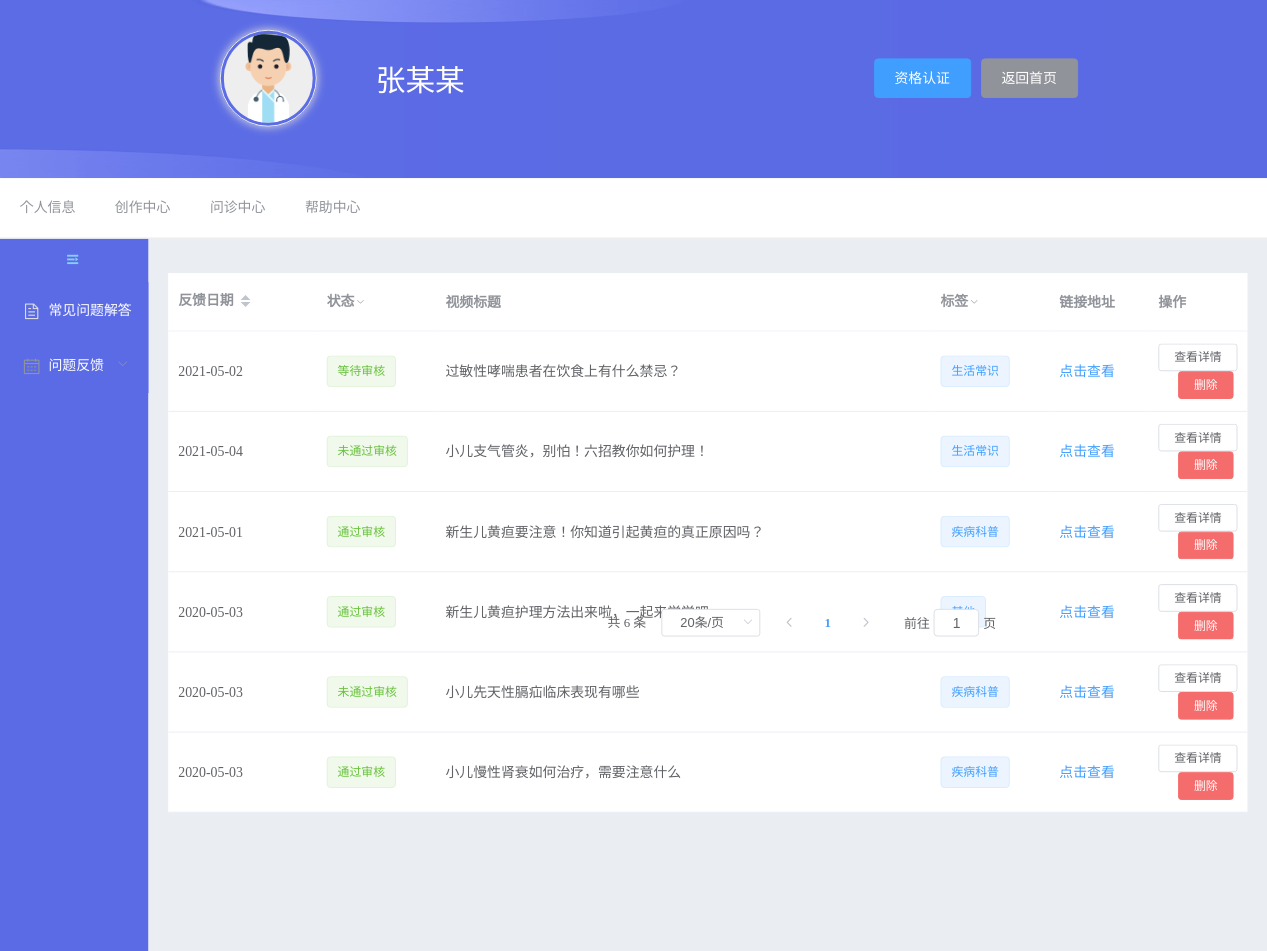
Repository: DiscreteL/SOA_Front
Page: /#/feedbackList
The author's editor kept a copy of each file at every save. The page is drawn from the files as they stood at one save, then again after the next save.
The browser window is 1280 px wide. The pictures show the whole page, at 99% of full size.
The project was rebuilt for these pictures with package versions that can differ from the ones it lists, and the page was loaded fresh each time. Also part of the build but not shown: vue.config.js, src/components/navigation.vue, src/components/dialog.vue, src/views/news.vue, src/components/announcement.vue, src/components/patientKnow.vue, src/views/Home.vue, src/views/login.vue and 15 more.

Above is the page before, as saved 2021-11-29 19:11:43.

### src/main.js
import Vue from 'vue'
import App from './App.vue'
import router from './router'
import store from './store'
import ElementUI from 'element-ui';
import 'element-ui/lib/theme-chalk/index.css';
import instance_ from "@/utils/api";

Vue.use(ElementUI);

Vue.config.productionTip = false

Vue.prototype.instance = instance_

new Vue({
  router,
  store,
  render: h => h(App)
}).$mount('#app')

router.beforeEach((to, from, next) => {
  /* 路由发生变化修改页面title */
  if (to.meta.title) {
      document.title = to.meta.title
  }
  next()
})

### src/App.vue
<template>
  <div id="app">
    <router-view/>
  </div>
</template>

<style lang="less" scoped>
</style>

<script>
export default {
  name: 'app'
}
</script>

### src/utils/api.js
//输出通用axios实例
import axios from 'axios';
axios.defaults.withCredentials = false

const instance = axios.create({
  timeout: 10000,
   headers: {
    'Content-Type': "multipart/form-data;charset=utf-8",
  }
});

export default {
  //GqvbYer04485869e6b5acbed4ed10dfd79468f6d84577b1

   diseaseList (data) {
     return instance.get("https://api.apishop.net/common/disease/queryDiseaseList?apiKey=GqvbYer04485869e6b5acbed4ed10dfd79468f6d84577b1&page=1&pageSize=50", data);
   },
   diseaseInfo(data){
    return instance.get("https://api.apishop.net/common/disease/queryDiseaseInfo?apiKey=GqvbYer04485869e6b5acbed4ed10dfd79468f6d84577b1&diseaseID="+data);
   }


//   allUser () {
//     return instance.post('/api/user');
//   },
//   allProduct () {
//    return instance.post('/api/product')
//   },
//   upload (data) {
//     return instance.post('/api/upload',data)
//   },
//   regist (data){
//   	return instance.post('/api/createOrUpdateUser',data)
//   }
};

### src/views/doctor/helpCenter.vue
<template>
  <div class="home_container">
    <UserHomeNav2></UserHomeNav2>
    <!--页面主体区-->
    <el-container>
      <!--侧边栏-->
      <el-aside :width="isCollapse ? '64px' : '150px'">
        <div class="toggle-button" @click="toggleCollapse">
          <div v-if="this.isCollapse == true">
            <i class="el-icon-s-fold"></i>
          </div>
          <div v-else>
            <i class="el-icon-s-unfold"></i>
          </div>
        </div>
        <el-menu
          background-color="#5b6be5"
          text-color="#fff"
          active-text-color="#409EFF"
          :collapse="isCollapse"
          :collapse-transition="false"
          :router="true"
          :default-active="activePath"
        >
          <el-menu-item index="/problems" @click="saveNavState('/problems')">
            <i class="el-icon-document" style="color: #dcdcdc"></i>
            <span slot="title">常见问题解答</span>
          </el-menu-item>
          <el-submenu index="1">
            <template slot="title">
              <i class="el-icon-date"></i>
              <span>问题反馈</span>
            </template>
            <el-menu-item
              index="/feedback"
              @click="saveNavState('/feedback')"
            >
              <i tyle="color: #dcdcdc"></i>
              <span slot="title">我要反馈</span>
            </el-menu-item>
            <el-menu-item index="/feedbackList" @click="saveNavState('/feedbackList')">
              <i style="color: #dcdcdc"></i>
              <span slot="title">反馈记录</span>
            </el-menu-item>
          </el-submenu>
        </el-menu>
      </el-aside>
      <!--右侧主体区-->
      <el-main>
        <router-view></router-view>
      </el-main>
    </el-container>
  </div>
</template>

<script>
import UserHomeNav2 from "@/components/userhomenav2.vue";

export default {
  name: "ConsultCenter",
  components: {
    UserHomeNav2,
  },
  data() {
    return {
      // 默认不折叠
      isCollapse: false,
      // 被激活导航地址
      activePath: "",
    };
  },
  created() {
    this.getMenuList();
    this.activePath = window.sessionStorage.getItem("activePath");
  },
  methods: {
    toggleCollapse() {
      this.isCollapse = !this.isCollapse;
    },
    saveNavState(activePath) {
      window.sessionStorage.setItem("activePath", activePath);
      this.activePath = activePath;
    },
  },
};
</script>

<style lang="less" scoped>
html,
body {
  width: 100%;
  height: 100%;
  margin: 0px;
  padding: 0px;
}
.home_container {
  height: 100vh;
}
.el-container {
  height: 100%;
}
.el-aside {
  background-color: #5b6be5;
  .el-menu {
    border-right: none;
  }
}
.el-main {
  background-color: #eaedf1;
}
.toggle-button {
  background-color: #5b6be5;
  font-size: 15px;
  line-height: 24px;
  color: #87cefa;
  text-align: center;
  letter-spacing: 0.2em;
  cursor: pointer;
  padding: 10px;
}
.logo_box {
  height: 60px;
  width: 60px;
  border: 5px #53868b;
  border-radius: 50%; /* 圆角 */
  position: relative;
  margin: 30px;
}
.port_box img {
  width: 100%;
  height: 100%;
  border-radius: 50%; /* 圆角 */
  background-color: #53868b;
}
</style>

### src/views/doctor/help/feedbackList.vue
<template>
  <div class="feedbackForm">
    <div class="form" style="margin-top: 15px">
      <el-table
        ref="filterTable"
        :data="
          tableData.slice((currentPage - 1) * pageSize, currentPage * pageSize)
        "
        style="width: 100%"
      >
        <el-table-column
          prop="date"
          label="反馈日期"
          sortable
          width="150"
          column-key="date"
        >
        </el-table-column>
        <el-table-column
          prop="status"
          label="状态"
          width="120"
          :filters="[
            { text: '等待回复', value: '等待回复' },
            { text: '已回复', value: '已回复' }
          ]"
          :filter-method="filterStatus"
          filter-placement="bottom-end"
        >
          <template slot-scope="scope">
            <el-tag
              :type="scope.row.status === '等待回复' ? 'primary' : 'success'"
              disable-transitions
            >
              {{ scope.row.status }}
            </el-tag>
          </template>
        </el-table-column>
        <el-table-column
          prop="title"
          label="视频标题"
          width="500"
          :show-overflow-tooltip="true"
        >
        </el-table-column>
        <el-table-column
          prop="label"
          label="标签"
          width="120"
          :filters="[
            { text: '疾病科普', value: '疾病科普' },
            { text: '生活常识', value: '生活常识' },
            { text: '养生妙招', value: '养生妙招' },
            { text: '其他', value: '其他' },
          ]"
          :filter-method="filterLabel"
          filter-placement="bottom-end"
        >
          <template slot-scope="scope">
            <el-tag :type="primary" disable-transitions>
              {{ scope.row.label }}
            </el-tag>
          </template>
        </el-table-column>
        <el-table-column
          label="链接地址"
          :show-overflow-tooltip="true"
          prop="content"
        >
          <el-link type="primary">点击查看</el-link>
        </el-table-column>
        <el-table-column label="操作">
            <el-button size="mini" @click="dialogTableVisible = true"
            >查看详情</el-button
          >
          <el-dialog :visible.sync="dialogTableVisible">
            <el-descriptions
              title="发布内容详情"
              direction="vertical"
              :column="4"
              border
            >
              <el-descriptions-item label="上传时间"
                >2021-05-02</el-descriptions-item
              >
              <el-descriptions-item label="标签">
                <el-tag size="small">生活常识</el-tag>
              </el-descriptions-item>
              <el-descriptions-item label="审核状态">
                <el-tag size="small" type="success">等待审核</el-tag>
              </el-descriptions-item>
              <el-descriptions-item label="审核反馈">NULL</el-descriptions-item>
              <el-descriptions-item label="标题" :span="4"
                >过敏性哮喘患者在饮食上有什么禁忌</el-descriptions-item
              >
              <el-descriptions-item label="链接地址">
                  <el-link href="https://element.eleme.io" type="primary">点击查看</el-link>
             </el-descriptions-item>
            </el-descriptions>
          </el-dialog>
          <el-button
            size="mini"
            type="danger"
            style="margin-left: 20px"
            @click="del"
            >删除</el-button
          >
        </el-table-column>
      </el-table>
    </div>
    <div class="block">
      <el-pagination
        align="center"
        @size-change="handleSizeChange"
        @current-change="handleCurrentChange"
        :current-page="currentPage"
        :page-sizes="[1, 5, 10, 20]"
        :page-size="pageSize"
        layout="total, sizes, prev, pager, next, jumper"
        :total="tableData.length"
      >
      </el-pagination>
    </div>
  </div>
</template>

<script>
export default {
  data() {
    return {
      tableData: [
        {
          date: "2021-05-02",
          status: "等待审核",
          title: "过敏性哮喘患者在饮食上有什么禁忌？",
          label: "生活常识",
          content: "",
        },
        {
          date: "2021-05-04",
          status: "未通过审核",
          title: "小儿支气管炎，别怕！六招教你如何护理！",
          label: "生活常识",
          content: ""
        },
        {
          date: "2021-05-01",
          status: "通过审核",
          title: "新生儿黄疸要注意！你知道引起黄疸的真正原因吗？",
          label: "疾病科普",
          content: ""
        },
        {
          date: "2020-05-03",
          status: "通过审核",
          title: "新生儿黄疸护理方法出来啦，一起来学学吧",
          label: "其他",
          content: ""
        },
        {
          date: "2020-05-03",
          status: "未通过审核",
          title: "小儿先天性膈疝临床表现有哪些",
          label: "疾病科普",
          content: ""
        },
        {
          date: "2020-05-03",
          status: "通过审核",
          title: "小儿慢性肾衰如何治疗，需要注意什么",
          label: "疾病科普",
          content: ""
        },
      ],
      dialogTableVisible: false,
      dialogFormVisible: false,
      currentPage: 1, // 当前页码
      total: 20, // 总条数
      pageSize: 20, // 每页的数据条数
      form: {
        reason: "",
        region: 0,
        delivery: false,
      },
      formLabelWidth: "120px",
      formArticle: {
        title: "",
        content: "",
      },
    };
  },
  methods: {
    filterHandler(value, row, column) {
      const property = column["property"];
      return row[property] === value;
    },
    filterStatus(value, row) {
      return row.status === value;
    },
    filterLabel(value, row) {
      return row.label === value;
    },
    //每页条数改变时触发 选择一页显示多少行
    handleSizeChange(val) {
      console.log(`每页 ${val} 条`);
      this.currentPage = 1;
      this.pageSize = val;
    },
    //当前页改变时触发 跳转其他页
    handleCurrentChange(val) {
      console.log(`当前页: ${val}`);
      this.currentPage = val;
    },
    del() {
      this.$confirm("此操作将永久删除该文章, 是否继续?", "提示", {
        confirmButtonText: "确定",
        cancelButtonText: "取消",
        type: "warning",
      })
        .then(() => {
          this.$message({
            type: "success",
            message: "删除成功!",
          });
        })
        .catch(() => {
          this.$message({
            type: "info",
            message: "已取消删除",
          });
        });
    },
    onSubmit() {
      console.log("submit!");
    },
    clear() {
      this.$refs.form.resetFields();
    },
  },
};
</script>

<style scoped>
.feedbackForm {
  width: 100%;
  display: flex;
  flex-direction: column;
}
.form {
  float: left;
  width: 100%;
}
.el-table .warning-row {
  background: oldlace;
}

.el-table .success-row {
  background: #f0f9eb;
}
.block {
  float: left;
  width: 100%;
  position: fixed;
  bottom: 75px;
}
</style>

### src/components/userhomenav2.vue
<template>
  <div class="container">
    <div class="head">
      <div class="background">
        <img src="@/assets/back.jpg" alt="" width="100%" height="100%" />
      </div>
      <div class="headmain">
        <div class="left">
          <!-- 头像部分 -->
          <div class="port_box">
            <img src="../assets/docPort.png" />
          </div>

          <!-- 个人信息部分 -->
          <div
            class="Info"
            style="color: white; font-size: 30px; font-family: 宋体"
          >
            {{ userName }}<br />
          </div>
        </div>
        <div>
            <el-button type="primary" @click="certify">资格认证</el-button>
          <el-button type="info" @click="returnhome">返回首页</el-button>
        </div>
      </div>
    </div>
    <div class="navBar">
      <el-menu
        :default-active="this.$route.path"
        class="el-menu-demo"
        router
        mode="horizontal"
        active-text-color="#409EFF"
      >
        <el-menu-item v-for="(item, i) in navList" :key="i" :index="item.name">
          {{ item.navItem }}
        </el-menu-item>
      </el-menu>
    </div>
    <div></div>
  </div>
</template>

<script>
export default {
  name: "UserHomeNav2",
  data() {
    return {
      //   userID: window.sessionStorage.getItem("id"),
      userName: "张某某",
      navList: [
        { name: "/userHome2", navItem: "个人信息" },
        { name: "/messageCenter", navItem: "创作中心" },
        { name: "/consultCenter", navItem: "问诊中心" },
        { name: "/helpCenter", navItem: "帮助中心" },
      ],
    };
  },
  methods: {
    returnhome(){
      this.$router.push("/home");
    },
    certify(){

    }
  },
};
</script>

<style scoped>
.head {
  height: 180px;
  width: 100%;
}
.background {
  width: 100%;
  height: 180px;
  z-index: -1;
  position: absolute;
}
.headmain {
  display: flex;
  justify-content: space-around;
  align-items: center;

}
.left {
  display: flex;
  align-items: center;
}
.port_box {
  height: 90px;
  width: 90px;
  border: 1px solid #eee;
  border-radius: 50%; /* 圆角 */
  padding: 3px; /*图片和边框之间的间距 */
  box-shadow: 0 0 10px #ddd; /*阴影 */
  position: relative;
  margin: 30px;
}
.port_box img {
  width: 100%;
  height: 100%;
  border-radius: 50%; /* 圆角 */
  background-color: #eee;
}

.Info {
  text-align: left;
  font: 15px "Microsoft YaHei";
  margin: 30px;
  position: relative;
}
</style>

### src/axios/url.js
import patient from './modules/patient';
import alluser from './modules/alluser';
import doctor from './modules/doctor';
import admin from './modules/admin';
export default {
    patient,
    alluser,
    doctor,
    admin,
};

### src/axios/request.js
import axios from './axios';
export default {
  // get请求
  get(url, param) {
    return new Promise((resolve, reject) => {
      axios({
        method: 'get',
        url,
        params: param
      })
        .then((res = {}) => {
          if (res.code !== '200') reject(res);
          resolve(res);
        })
        .catch(_ => {
          reject(_)});
    });
  },
  // post请求
  post(url, param) {
    return new Promise((resolve, reject) => {
      axios({
        method: 'post',
        url,
        data: param,
      })
        .then((res = {}) => {
          if (res.code !== '200') reject(res);
          resolve(res);
        })
        .catch(_ => reject(_));
    });
  },
};

### src/axios/modules/patient.js
export default {
    getDocListData:'/Patient/GetDoctorList',
    getDrugData:'/Patient/GetDrugInforList',
    getHosData:'/Patient/GetHospitalList',
    getNoticeData:'/Patient/GetNoticeList',
    getDiseaseData:'/Patient/GetDiseaseList',
    patientLogin:'/Patient/Login',
    doctorLogin:'/Doctor/Login',
    patientRegister:'/Patient/Register',
    doctorRegister:'/Doctor/Register',
    postReservationData:'/Patient/PostReservation',
    sendAcidForm:'/Patient/PostAppOfNuc',
    sendOffineReservation:'/Patient/PostOfflineApp',
    getCart:'/Patient/GetCart',
    clearCart:'/Patient/EmptyCart',
    addCart:'/Patient/AddDrug',
    getDocInfoData:'/Patient/GetDoctor',
    getDrugsIncludedListData:'/Patient/GetIncludeList',
    postRateData:'/Patient/PostRating',
    getPreData:'/Patient/GetPre',
    getDiseaseListData:'/Patient/GetDiseaseList',//存在重复
    getDepartmentListData:'/Patient/GetDepartmentList',//存在重复
    getPatientInfo:'/Patient/GetPatiInfor',
    postAutoAddData:'/Patient/AutoAddDrug',
    getDrugListData:'/Patient/GetDrugInforList',//存在重复
    getLocalImg:'/Patient/GetImg',
    getNAT:'/Patient/GetAppsOfNuc',
    postNoticeData:'/Admin/PostNotice',
    deleteNotice:'/Admin/DeleteNotice',
    getPaiIno:'/Patient/GetPatient',
    getOfflineApp:'/Patient/GetOfflineAppList',
    getReservations:'/Patient/GetReservations',
    getPatiBMI:'/Patient/GetPatiInfor',
    getHospital:'/Patient/GetHospital',
    getPreData:'/Patient/GetPre',
    postPaiIno:'/Patient/ModInfor',
    postUpdateReservation:'Patient/UpdateReservation',
    postRectifyOfflineApp:'/Patient/RectifyOfflineApp',
    postRectifyNucleicApp:'/Patient/RectifyNucleicApp',
    updateReservationData:'/Patient/UpdateReservation',
    getDoctorData:'/Doctor/GetDoctor',
    getRecordsData:'/Doctor/GetReservationLists',
    getCompletedRecordsData:'/Doctor/GetRecords'
  };

### src/axios/modules/alluser.js
export default{
    sendChatMes:'/Base/PostChat',
    getChatMes:'/Base/GetChat'
};

### src/axios/modules/doctor.js
export default {
    getPatientInfoData:'/Doctor/GetPatient',
    postPreData:'/Doctor/PostPre',
    postMedicineIncludedData:'/Doctor/PostInclude',
    postReportData:'/Doctor/PostReport',
    getDocIno:'/Doctor/GetDoctor',
};

### src/axios/modules/admin.js
export default {
    getReportListData:'/Admin/GetReportForms',
    getNoticeListData:'/Admin/GetNoticeList',
    postNoticeData:'/Admin/PostNotice'
}

### src/axios/axios.js
import axios from 'axios';
import router from '../router';
import Vue from 'vue';
import qs from 'qs';
//import store from '../store/index';

//import Storage from '../utils/storages';


// 错误状态码处理提示
class MessageTip extends Vue {
  static messageTipInstance = null;
  messageTip = null;

  static instance() {
    if (!this.messageTipInstance) {
      this.messageTipInstance = new MessageTip();
    }
    this.messageTipInstance;
  }

  // 提示信息
  msgInfo(msg) {
    this.messageTip && this.messageTip.close();
    this.messageTip = this.$message({
      showClose: true,
      message: msg,
      type: 'error',
      center: true
    });
  }

  // 错误信息
  errorInfo(errorCode) {
    this.messageTip && this.messageTip.close();
    let msg = '';
    switch (errorCode) {
      case '400':
        msg = '请求错误';
        break;
      case '401':
        msg = '登录会话过期，请重新登录';
        break;
      case '403':
        msg = '拒绝访问';
        break;
      case '404':
        msg = '请求地址出错';
        break;
      case '408':
        msg = '请求超时';
        break;
      case '500':
        msg = '服务器内部错误';
        break;
      case '501':
        msg = '服务器未实现';
        break;
      case '502':
        msg = '网络错误';
        break;
      case '503':
        msg = '服务不可用';
        break;
      case '504':
        msg = '网关超时';
        break;
      case '505':
        msg = 'HTTP版本不受支持';
        break;
    }
    this.messageTip = this.$message({
      showClose: true,
      message: msg,
      type: 'error',
      center: true
    });
  }
}

const messageTip = new MessageTip();

axios.defaults.headers.post['Content-Type'] = 'application/json';

axios.defaults.withCredentials = true;
axios.defaults.baseURL = '/api';
axios.defaults.timeout = 5000;
// 请求拦截器
axios.interceptors.request.use(
  config => {
    if(config.method === 'post') {
      config.data = qs.stringify(config.data)
      config.url += '?' + config.data
    }
    else {
      config.params = qs.stringify(config.params)
      config.url += '?' + config.params
    }
    //config.headers.token = localStorage.getItem('$token_info');
    return config;
  },
  error => {
    return Promise.reject(error);
  }
);

// 响应拦截器
axios.interceptors.response.use(
  response => {
    response.data = {
      result:response.data,
      code:`${response.status}`
    }
    if (response && response.data && response.data.code !== '200') {
      response.data.msg && messageTip.msgInfo(response.data.msg);
      console.log(response)
      return Promise.reject(response.data);
    }
    return response.data;
  },
  error => {
    console.log(error)
    console.log(error.response)
    if (
      error &&
      error.response &&
      error.response.status &&
      messageTip.errorInfo(error.response.status)
    ) {
      return Promise.reject(error);
    }
  }
);
export default axios;

Loaded but not shown: public/index.html (common file); src/store/index.js (common file); src/router/index.js (280 lines, source omitted); src/service/userService.js (198 lines, source omitted)

After the next save:
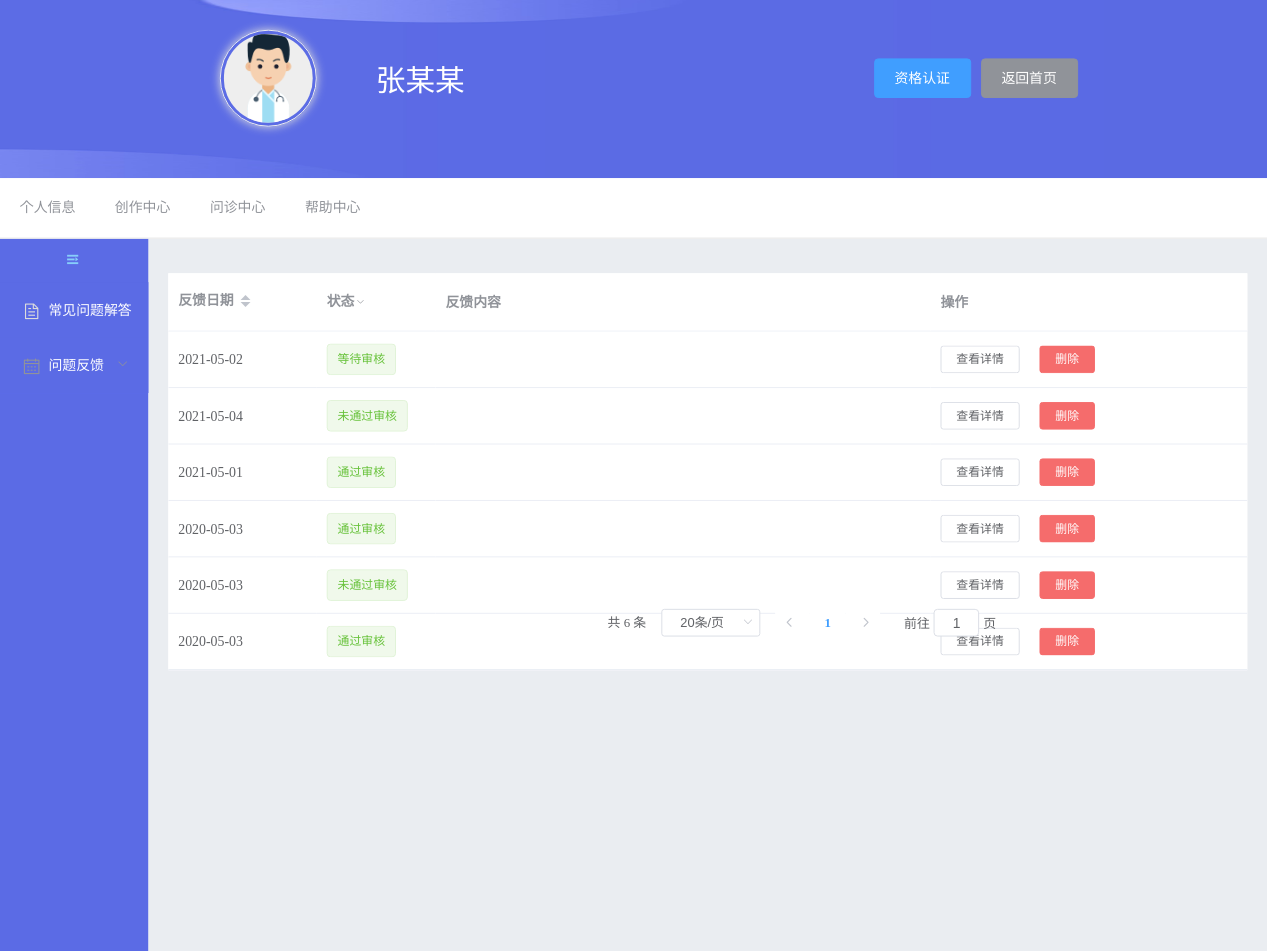
Saved 112 s later.
--- a/src/views/doctor/help/feedbackList.vue
+++ b/src/views/doctor/help/feedbackList.vue
@@ -37,37 +37,11 @@
           </template>
         </el-table-column>
         <el-table-column
-          prop="title"
-          label="视频标题"
+          prop="content"
+          label="反馈内容"
           width="500"
           :show-overflow-tooltip="true"
         >
-        </el-table-column>
-        <el-table-column
-          prop="label"
-          label="标签"
-          width="120"
-          :filters="[
-            { text: '疾病科普', value: '疾病科普' },
-            { text: '生活常识', value: '生活常识' },
-            { text: '养生妙招', value: '养生妙招' },
-            { text: '其他', value: '其他' },
-          ]"
-          :filter-method="filterLabel"
-          filter-placement="bottom-end"
-        >
-          <template slot-scope="scope">
-            <el-tag :type="primary" disable-transitions>
-              {{ scope.row.label }}
-            </el-tag>
-          </template>
-        </el-table-column>
-        <el-table-column
-          label="链接地址"
-          :show-overflow-tooltip="true"
-          prop="content"
-        >
-          <el-link type="primary">点击查看</el-link>
         </el-table-column>
         <el-table-column label="操作">
             <el-button size="mini" @click="dialogTableVisible = true"
@@ -75,26 +49,19 @@
           >
           <el-dialog :visible.sync="dialogTableVisible">
             <el-descriptions
-              title="发布内容详情"
+              title="反馈内容详情"
               direction="vertical"
               :column="4"
               border
             >
-              <el-descriptions-item label="上传时间"
+              <el-descriptions-item label="反馈提交时间"
                 >2021-05-02</el-descriptions-item
               >
-              <el-descriptions-item label="标签">
-                <el-tag size="small">生活常识</el-tag>
+              <el-descriptions-item label="状态">
+                <el-tag size="small" type="success">已回复</el-tag>
               </el-descriptions-item>
-              <el-descriptions-item label="审核状态">
-                <el-tag size="small" type="success">等待审核</el-tag>
-              </el-descriptions-item>
-              <el-descriptions-item label="审核反馈">NULL</el-descriptions-item>
-              <el-descriptions-item label="标题" :span="4"
-                >过敏性哮喘患者在饮食上有什么禁忌</el-descriptions-item
-              >
-              <el-descriptions-item label="链接地址">
-                  <el-link href="https://element.eleme.io" type="primary">点击查看</el-link>
+              <el-descriptions-item label="相关文件">
+                  <el-link href="https://element.eleme.io" type="primary">点击下载</el-link>
              </el-descriptions-item>
             </el-descriptions>
           </el-dialog>
